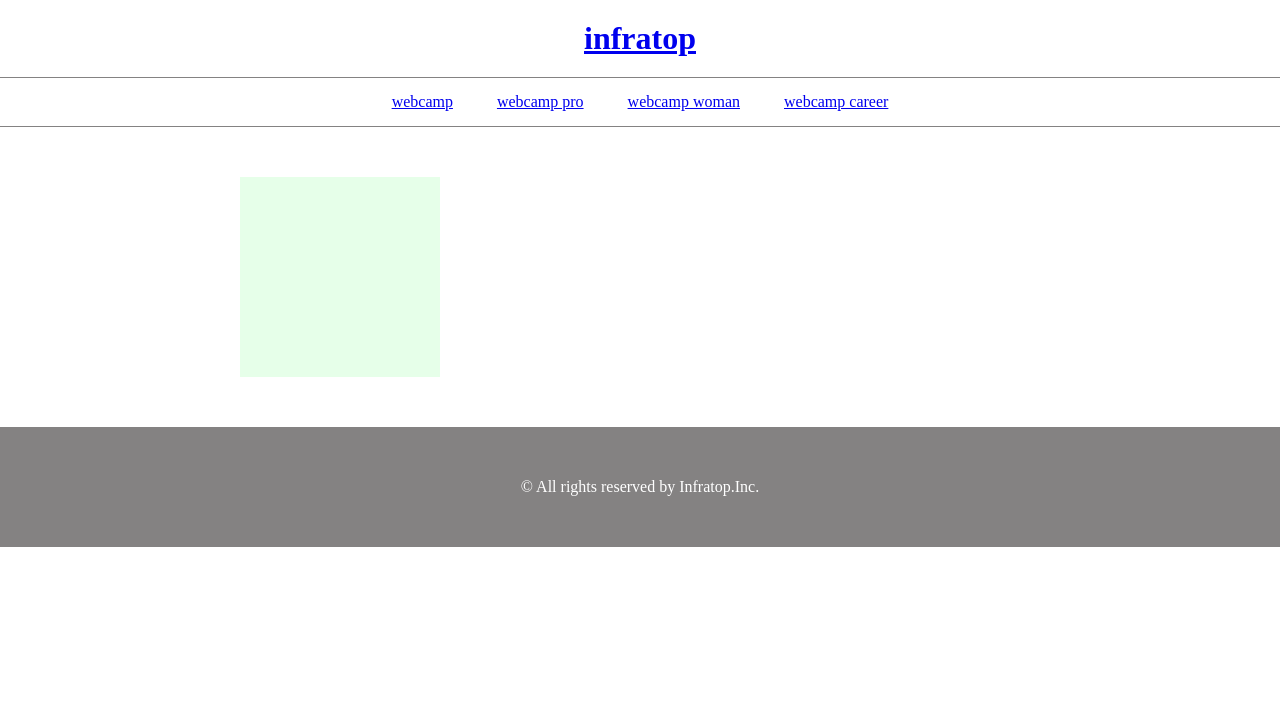
Repository: Takahiro620/dmmwebcamp
Page: enshu5/enshu5.html
The author's editor kept a record of every edit. The page is drawn from the files as they stood at one moment, then again after the next edit.
The browser window is 1280 px wide. The pictures show the whole page.

Above is the page before.

After the next edit:
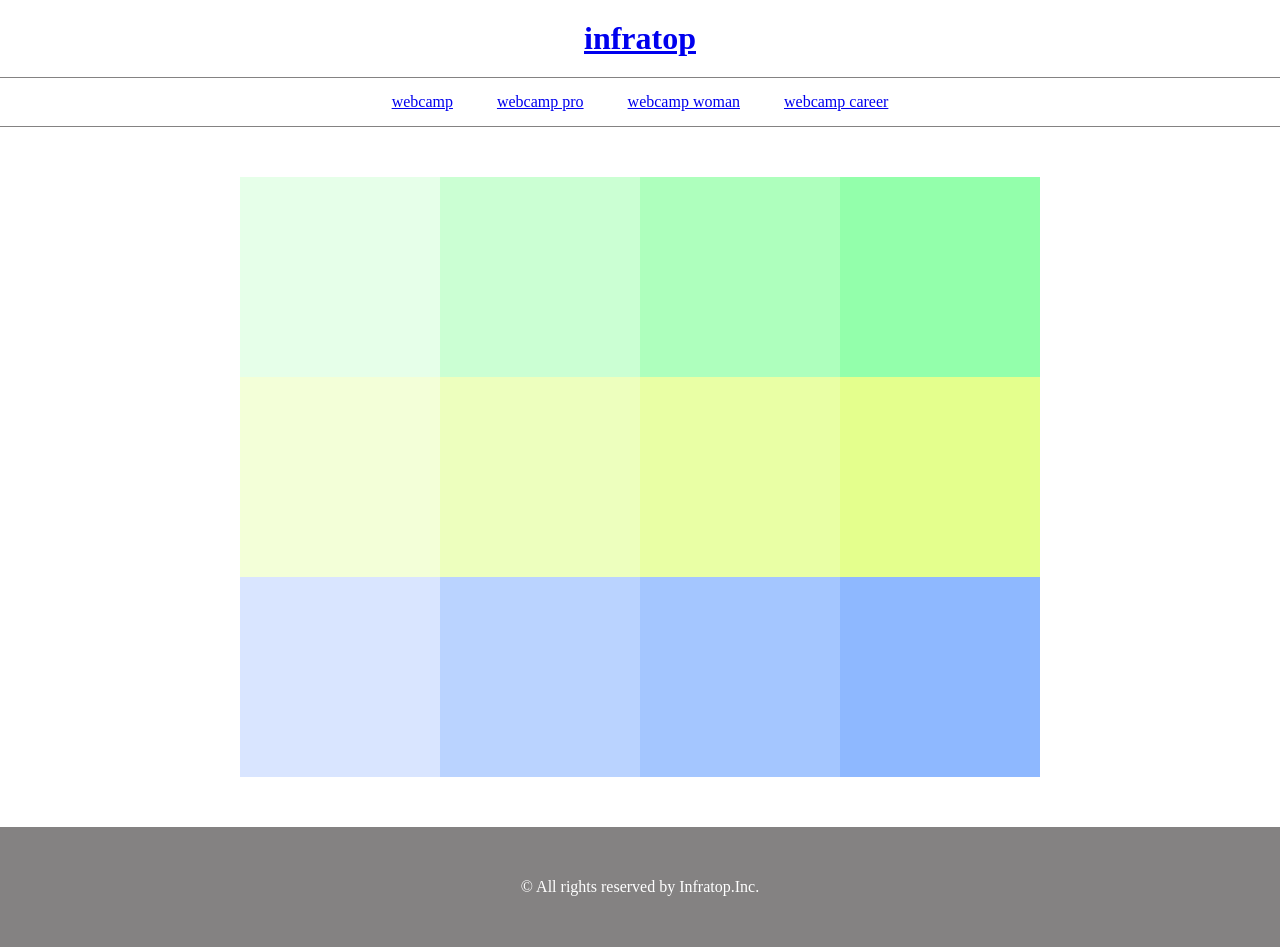
The edit:
--- a/enshu5/enshu5.css
+++ b/enshu5/enshu5.css
@@ -47,7 +47,69 @@
   height: 200px;
   background-color: #e6ffe9
 }
+.box2 {
+  width: 200px;
+  height: 200px;
+  background-color: #cbffd3;
+}
 
+.box3 {
+  width: 200px;
+  height: 200px;
+  background-color: #aeffbd;
+}
+
+.box4 {
+  width: 200px;
+  height: 200px;
+  background-color: #93ffab;
+}
+.box5 {
+  width: 200px;
+  height: 200px;
+  background-color: #f3ffd8;
+}
+.box6 {
+  width: 200px;
+  height: 200px;
+  background-color: #edffbe;
+}
+
+.box7 {
+  width: 200px;
+  height: 200px;
+  background-color: #e9ffa5;
+}
+
+.box8 {
+  width: 200px;
+  height: 200px;
+  background-color: #e4ff8d;
+}
+
+.box9 {
+  width: 200px;
+  height: 200px;
+  background-color: #d9e5ff;
+}
+
+.box10 {
+  width: 200px;
+  height: 200px;
+  background-color: #bad3ff;
+}
+
+.box11 {
+  width: 200px;
+  height: 200px;
+  background-color: #a4c6ff;
+}
+
+.box12 {
+  width: 200px;
+  height: 200px;
+  background-color: #8eb8ff;
+}
 
 
 
